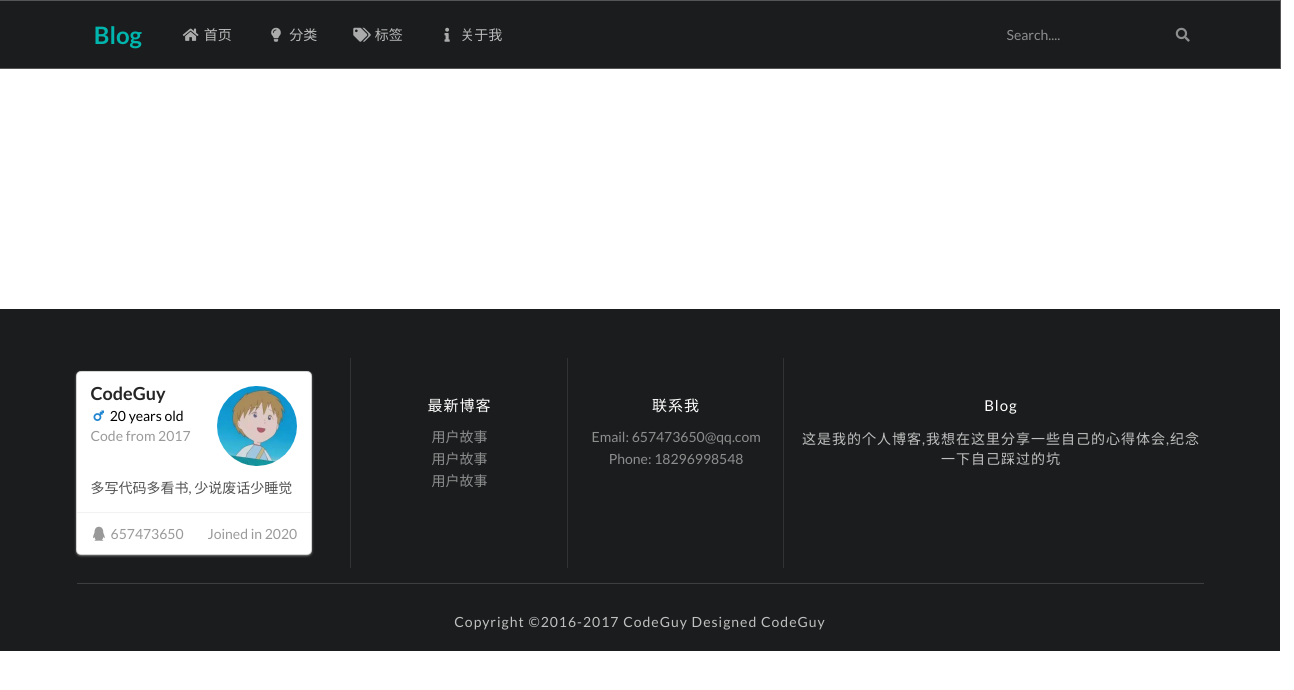
Repository: GOGOHQ/myblog
Page: index.html
These files come from the project's save history. The page is drawn as it stood at one moment and after the next save; the edit follows.
The browser window is 1280 px wide. The page is 1281 px wide, then 1294 px, so the pictures cover 1294 px, including what lies to the right of the window. The pictures show the whole page.
Some web libraries are served in a nearby version.

Above is the page before, as saved 2020-01-16 18:30:57.

### index.html
<!DOCTYPE html>
<html lang="en">

<head>
    <meta charset="UTF-8">
    <meta name="viewport" content="width=device-width, inital-scale=1.0">
    <title>首页</title>
    <link rel="stylesheet" href="static/css/me.css">
    <link rel="stylesheet" href="https://cdn.jsdelivr.net/semantic-ui/2.2.4/semantic.min.css">
    <script src="https://cdn.jsdelivr.net/npm/jquery@3.2/dist/jqurey.min.js"></script>
    <script src="https://cdn.jsdelivr.net/semantic-ui/2.2.4/semantic.min.js"></script>
</head>

<body>
<!-- 导航 -->
<nav class="ui inverted  attached  segment m-padded-tb-mini">
    <div class="ui container">
        <div class="ui secondary inverted menu">
            <h2 class="ui teal header item">Blog</h2>
            <a href="#" class="item"><i class="home icon"></i>首页</a>
            <a href="#" class="item"><i class="idea icon"></i>分类</a>
            <a href="#" class="item"><i class="tags icon"></i>标签</a>
            <a href="#" class="item"><i class="info icon"></i>关于我</a>
            <div class="right item">
                <div class="ui icon  inverted transparent input">
                    <input type="text" placeholder="Search....">
                    <i class="search link icon"></i>
                </div>
            </div>
        </div>
    </div>
</nav>
<!-- 内容 -->
<div>
    <br> <br> <br> <br> <br> <br> <br> <br> <br> <br> <br> <br>
</div>
<!-- 底部 -->
<footer class="ui inverted vertical segment m-padded-tb-massive">
    <div class="ui center aligned container" style="height:230px">
        <div class="ui inverted divided grid fluid">
            <div class="four wide column left aligned" style="padding-right: 40px;">
                <div class="ui card">
                    <div class="content">
                        <img class="right circular floated tiny ui image" src="static/images/avatar.jpg">
                        <div class="header">
                            CodeGuy
                        </div>
                        <div class="meta">
                            <i class="icon blue mars stroke" style="margin:0px"></i>
                            <text style="color:black;">20 years old</text>
                        </div>
                        <div class="meta">
                            Code from 2017
                        </div>
                        <div class="description">
                            多写代码多看书, 少说废话少睡觉
                        </div>
                    </div>
                    <div class="extra content">
                        <a>
                            <i class="qq icon"></i>657473650
                        </a>
                        <span class="right floated">
                                    Joined in 2020
                                  </span>
                    </div>
                </div>
            </div>
            <div class="center aligned three wide column m-padded-t-middle">
                <h4 class="ui inverted header m-text-thin m-text-spaced">最新博客</h4>
                <div class="ui inverted link list">
                    <a href="#" class="item">用户故事</a>
                    <a href="#" class="item">用户故事</a>
                    <a href="#" class="item">用户故事</a>
                </div>
            </div>
            <div class="center aligned three wide column m-padded-t-middle">
                <h4 class="ui inverted header m-text-thin m-text-spaced">联系我</h4>
                <div class="ui inverted link list">
                    <a href="#" class="item">Email: 657473650@qq.com</a>
                    <a href="#" class="item">Phone: 18296998548</a>

                </div>
            </div>
            <div class="six wide column m-padded-t-middle">
                <h4 class="ui inverted header m-text-thin m-text-spaced">Blog</h4>
                <p class="m-text-thin m-text-spaced m-text-mini-opacity">这是我的个人博客,我想在这里分享一些自己的心得体会,纪念一下自己踩过的坑</p>
            </div>
        </div>
        <div class="ui inverted section divider"></div>
        <p class="m-text-thin m-text-spaced m-text-mini-opacity">Copyright ©2016-2017 CodeGuy Designed CodeGuy</p>
    </div>
</footer>
</body>


</html>

### static/css/me.css
.m-padded-tb-mini {
    padding-top: 0.2em !important;
    padding-bottom: 0.2em !important;
}

.m-padded-t-middle {
    padding-top: 40px !important
}

.m-padded-tb-massive {
    padding-top: 4.5em !important;
    padding-bottom: 4.5em !important;
}


/* text */

.m-text-thin {
    font-weight: 400 !important
}

.m-text-spaced {
    letter-spacing: 1px !important
}

.m-text-lined {
    line-height: 1.8 !important
}

.m-text-mini-opacity {
    opacity: 0.8 !important
}

After the next save:
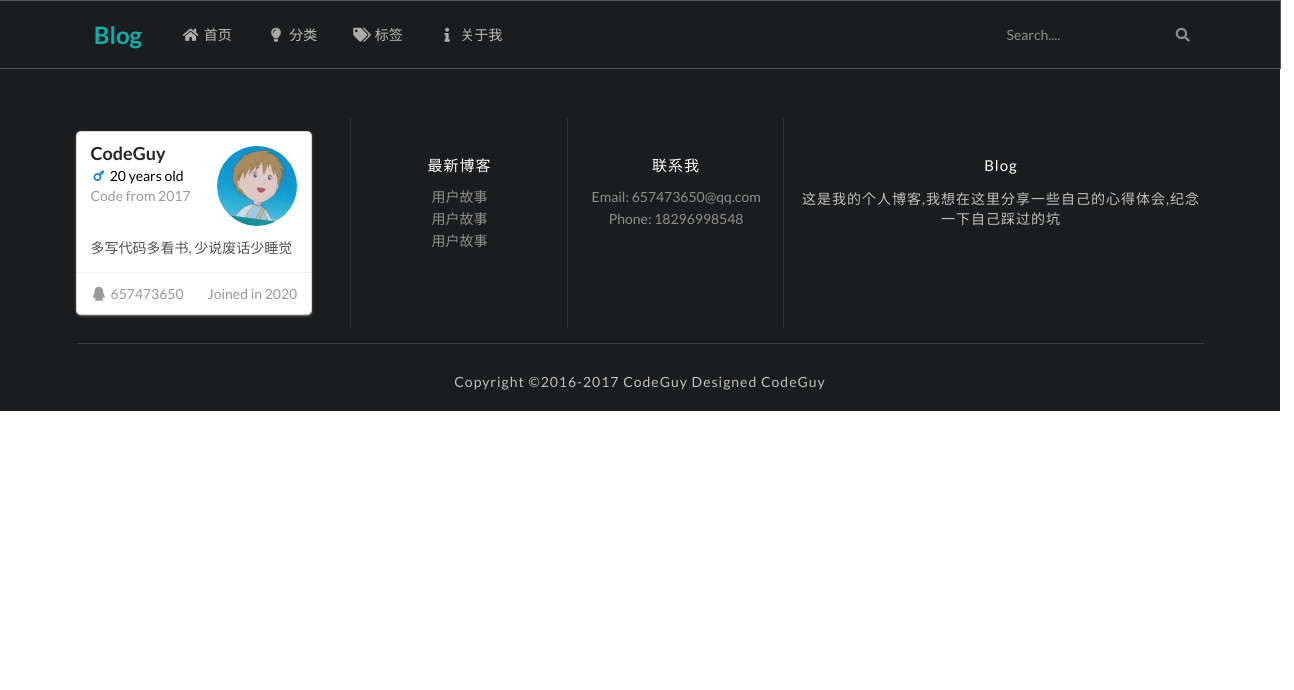
Saved 6 min 34 s later.
--- a/index.html
+++ b/index.html
@@ -32,7 +32,12 @@
 </nav>
 <!-- 内容 -->
 <div>
-    <br> <br> <br> <br> <br> <br> <br> <br> <br> <br> <br> <br>
+    <div class="ui grid">
+        <div class="eleven wide column">
+
+        </div>
+        <div class="five wide column"></div>
+    </div>
 </div>
 <!-- 底部 -->
 <footer class="ui inverted vertical segment m-padded-tb-massive">
